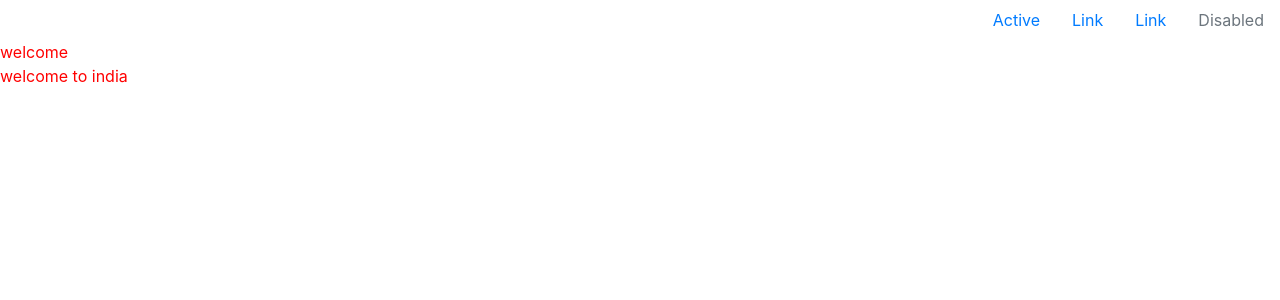
Repository: Green-Technologies-Angular/HTML
Page: index.html
These files come from the project's save history. The page is drawn as it stood at one moment and after the next save; the edit follows.
The browser window is 1280 px wide. The pictures show the whole page.
Some web libraries are served in a nearby version.

Above is the page before, as saved 2019-01-30 09:43:15.

After the next save:
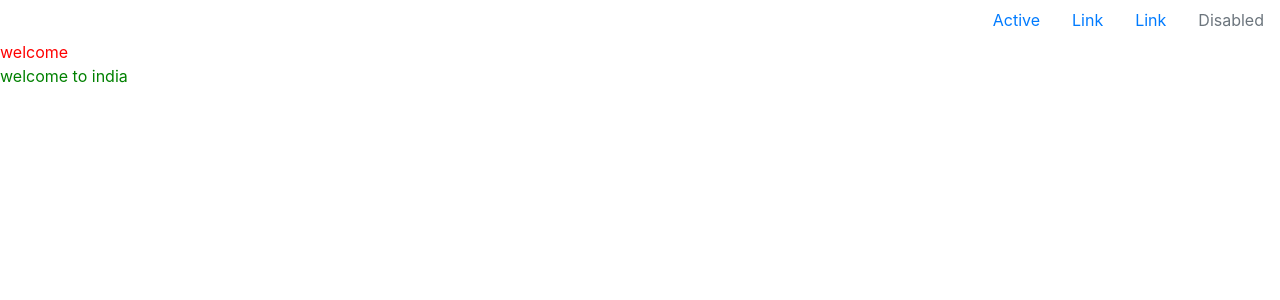
Saved 12 s later.
--- a/index.html
+++ b/index.html
@@ -8,6 +8,9 @@
     <style>
         .name{
             color:red;
+        }
+        .name.clr{
+            color: green;
         }
     </style>
 </head>
